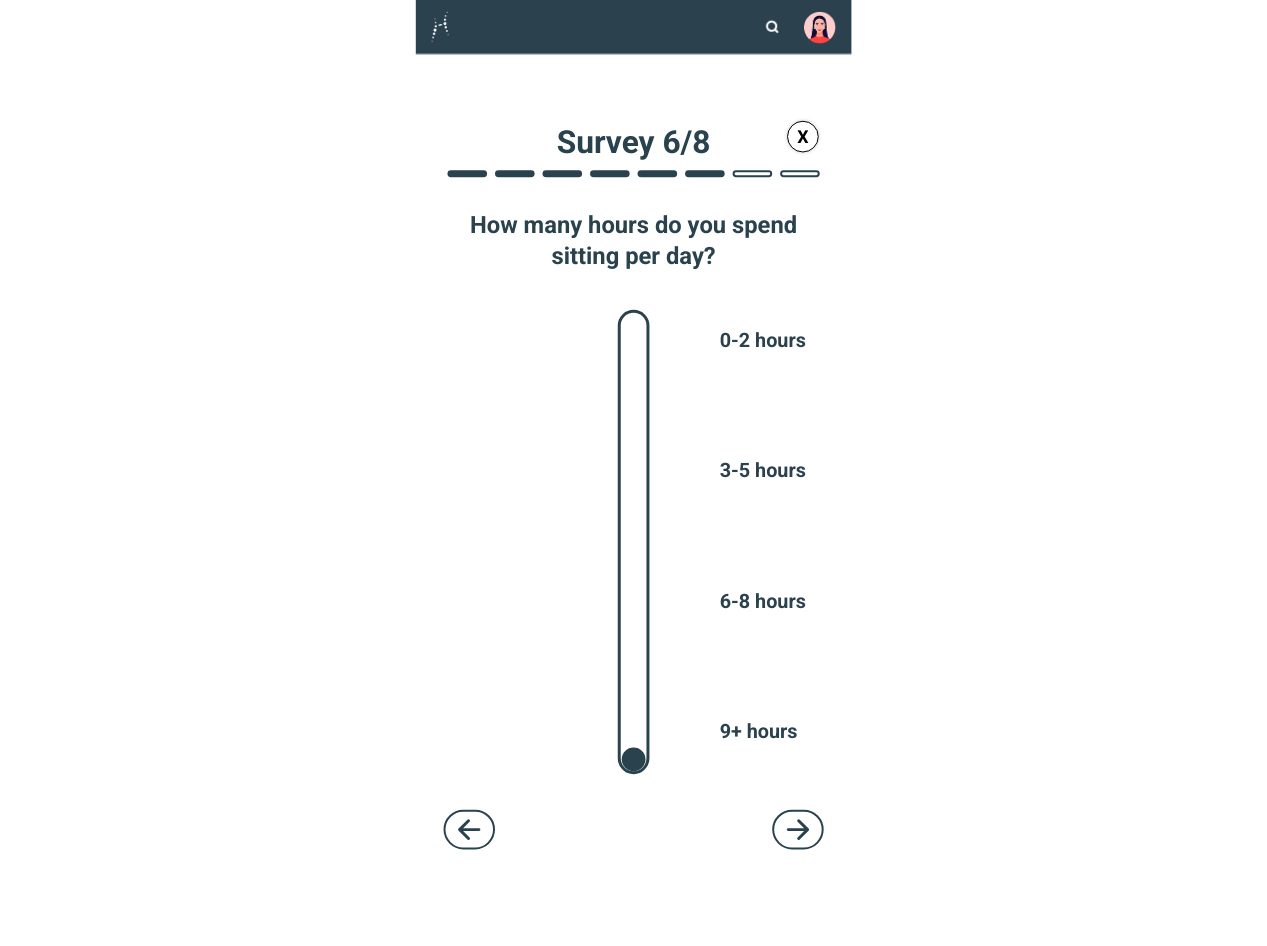
Repository: patcha-d3/heal_u
Page: /onboarding/step-four
An editor plug-in stored every save of this project. The page is shown before and after the next save, followed by the edit.
The browser window is 1280 px wide. The pictures show the whole page, at 99% of full size.
The project was rebuilt for these pictures with package versions that can differ from the ones it lists, and the page was loaded fresh each time. The framework's server and built-in components were replaced by stand-ins that run in the browser. Also part of the build but not shown: next.config.js, next.config.mjs, ui/Bottomnav/Bottomnav.module.css, ui/Bottomnav/Bottomnav.js, ui/SurveyProgress/Surveyprogress.css.

Above is the page before, as saved 2025-05-16 18:07:55.

After the next save:
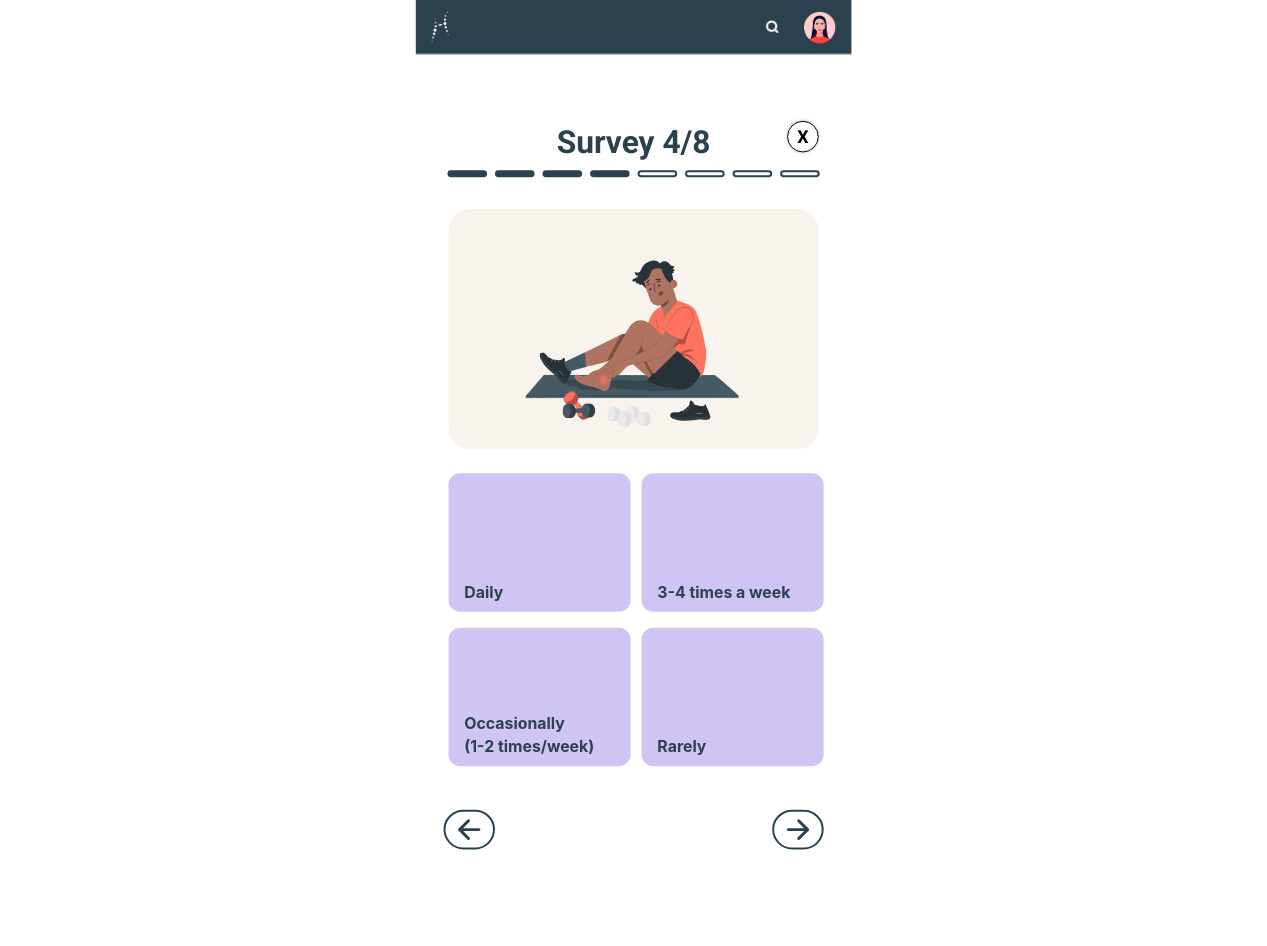
Saved 2 min 44 s later.
--- a/app/onboarding/step-four/page.js
+++ b/app/onboarding/step-four/page.js
@@ -1,22 +1,19 @@
 "use client";
 
 import React, { useState } from "react";
+import ButtonSurvey from "@ui/Button-survey/Button-survey";
+import Image from "next/image";
 import ExitChip from "@ui/Exitchip/Exitchip";
-import SurveyProgress from "@ui/Surveyprogress/SurveyProgress";
+import SurveyProgress from "@ui/SurveyProgress/SurveyProgress";
 import ButtonBack from "@ui/Button-back/Button-back";
 import ButtonForward from "@ui/Button-forward/Button-forward";
-import Verticalslider from "@ui/Verticalslider/Verticalslider";
 import { useRouter } from "next/navigation";
 
 export default function RootPage() {
-	const [selectedHours, setSelectedHours] = useState(0);
-	const currentStep = 6;
+	const [selected, setSelected] = useState(null);
+	const currentStep = 4;
 	const totalSteps = 8;
 	const router = useRouter();
-
-	const handleSliderChange = (value) => {
-		setSelectedHours(value);
-	};
 
 	return (
 		<div className='w-[406px] h-[800px] relative'>
@@ -25,14 +22,14 @@
 				<ButtonBack
 					onClick={() =>
 						router.push(
-							"/onboarding/step-three"
+							"/onboarding/step-two"
 						)
 					}
 				/>
 				<ButtonForward
 					onClick={() =>
 						router.push(
-							"/onboarding/step-five"
+							"/onboarding/step-three"
 						)
 					}
 				/>
@@ -43,17 +40,70 @@
 					totalSteps={totalSteps}
 				/>
 
+				{/* Image and Button Wrapper */}
 				<div className='flex flex-col items-center gap-6 mt-8'>
-					<h2 className='text-2xl font-semibold text-[#29424D] text-center'>
-						How many hours do you spend
-						sitting per day?
-					</h2>
+					<Image
+						src='/assets/survey-img.png'
+						alt='Survey'
+						width={400}
+						height={260}
+						className='rounded-lg'
+					/>
 
-					<div className='w-full max-w-[300px]'>
-						<Verticalslider
-							value={selectedHours}
-							onChange={
-								handleSliderChange
+					<div className='grid grid-cols-2 gap-4'>
+						<ButtonSurvey
+							label='Daily'
+							active={
+								selected ===
+								"Daily"
+							}
+							onClick={() =>
+								setSelected(
+									"Daily"
+								)
+							}
+						/>
+						<ButtonSurvey
+							label='3-4 times a week'
+							active={
+								selected ===
+								"3-4 times a week"
+							}
+							onClick={() =>
+								setSelected(
+									"3-4 times a week"
+								)
+							}
+						/>
+						<ButtonSurvey
+							label={
+								<>
+									Occasionally
+									<br />
+									(1-2
+									times/week)
+								</>
+							}
+							active={
+								selected ===
+								"Occasionally (1-2 times/week)"
+							}
+							onClick={() =>
+								setSelected(
+									"Occasionally (1-2 times/week)"
+								)
+							}
+						/>
+						<ButtonSurvey
+							label='Rarely'
+							active={
+								selected ===
+								"Rarely"
+							}
+							onClick={() =>
+								setSelected(
+									"Rarely"
+								)
 							}
 						/>
 					</div>

After the save that followed:
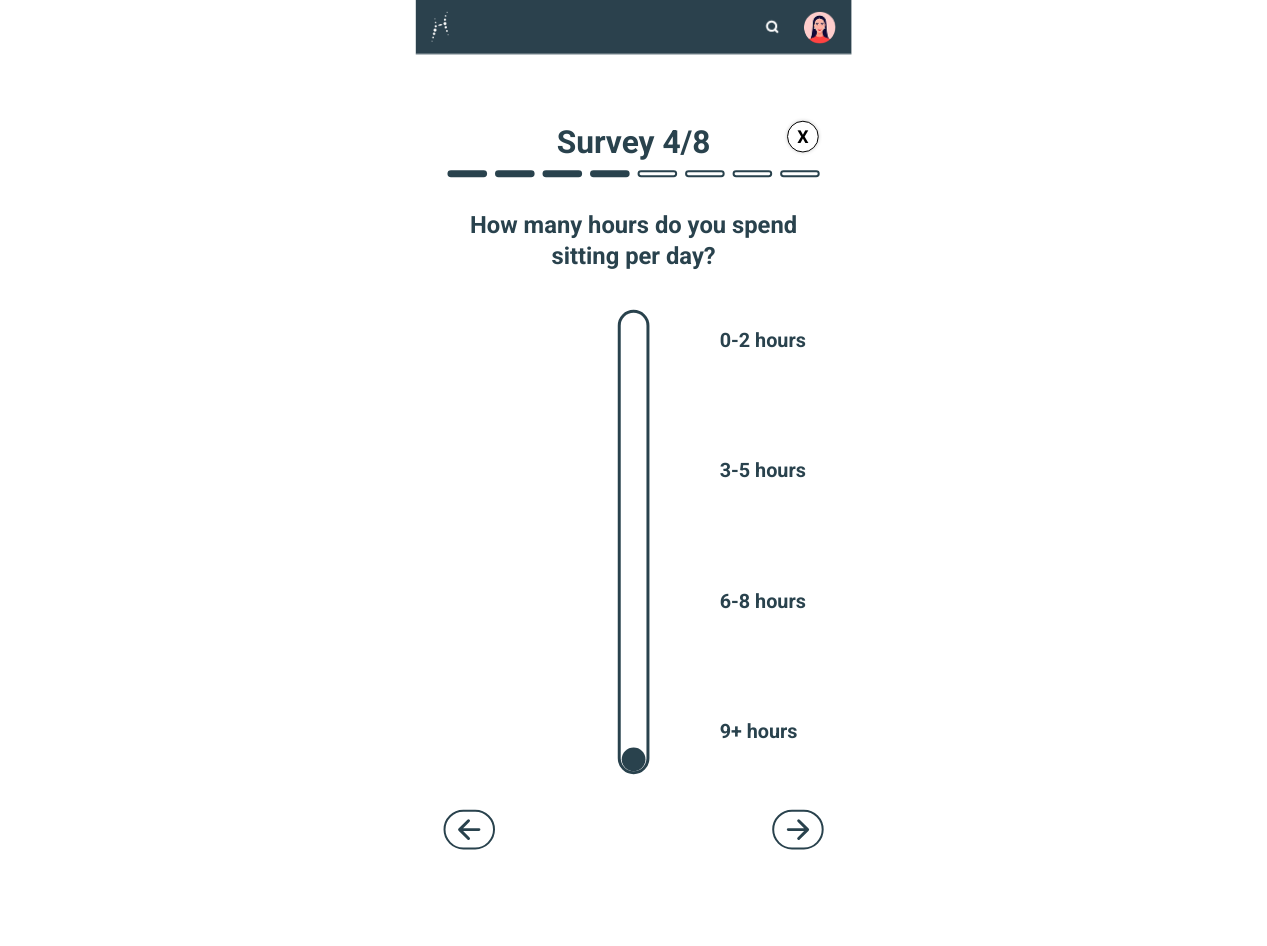
Saved 4 min 14 s later.
--- a/app/onboarding/step-four/page.js
+++ b/app/onboarding/step-four/page.js
@@ -1,19 +1,22 @@
 "use client";
 
 import React, { useState } from "react";
-import ButtonSurvey from "@ui/Button-survey/Button-survey";
-import Image from "next/image";
 import ExitChip from "@ui/Exitchip/Exitchip";
 import SurveyProgress from "@ui/SurveyProgress/SurveyProgress";
 import ButtonBack from "@ui/Button-back/Button-back";
 import ButtonForward from "@ui/Button-forward/Button-forward";
+import Verticalslider from "@ui/Verticalslider/Verticalslider";
 import { useRouter } from "next/navigation";
 
 export default function RootPage() {
-	const [selected, setSelected] = useState(null);
+	const [selectedHours, setSelectedHours] = useState(0);
 	const currentStep = 4;
 	const totalSteps = 8;
 	const router = useRouter();
+
+	const handleSliderChange = (value) => {
+		setSelectedHours(value);
+	};
 
 	return (
 		<div className='w-[406px] h-[800px] relative'>
@@ -40,70 +43,17 @@
 					totalSteps={totalSteps}
 				/>
 
-				{/* Image and Button Wrapper */}
 				<div className='flex flex-col items-center gap-6 mt-8'>
-					<Image
-						src='/assets/survey-img.png'
-						alt='Survey'
-						width={400}
-						height={260}
-						className='rounded-lg'
-					/>
+					<h2 className='text-2xl font-semibold text-[#29424D] text-center'>
+						How many hours do you spend
+						sitting per day?
+					</h2>
 
-					<div className='grid grid-cols-2 gap-4'>
-						<ButtonSurvey
-							label='Daily'
-							active={
-								selected ===
-								"Daily"
-							}
-							onClick={() =>
-								setSelected(
-									"Daily"
-								)
-							}
-						/>
-						<ButtonSurvey
-							label='3-4 times a week'
-							active={
-								selected ===
-								"3-4 times a week"
-							}
-							onClick={() =>
-								setSelected(
-									"3-4 times a week"
-								)
-							}
-						/>
-						<ButtonSurvey
-							label={
-								<>
-									Occasionally
-									<br />
-									(1-2
-									times/week)
-								</>
-							}
-							active={
-								selected ===
-								"Occasionally (1-2 times/week)"
-							}
-							onClick={() =>
-								setSelected(
-									"Occasionally (1-2 times/week)"
-								)
-							}
-						/>
-						<ButtonSurvey
-							label='Rarely'
-							active={
-								selected ===
-								"Rarely"
-							}
-							onClick={() =>
-								setSelected(
-									"Rarely"
-								)
+					<div className='w-full max-w-[300px]'>
+						<Verticalslider
+							value={selectedHours}
+							onChange={
+								handleSliderChange
 							}
 						/>
 					</div>
